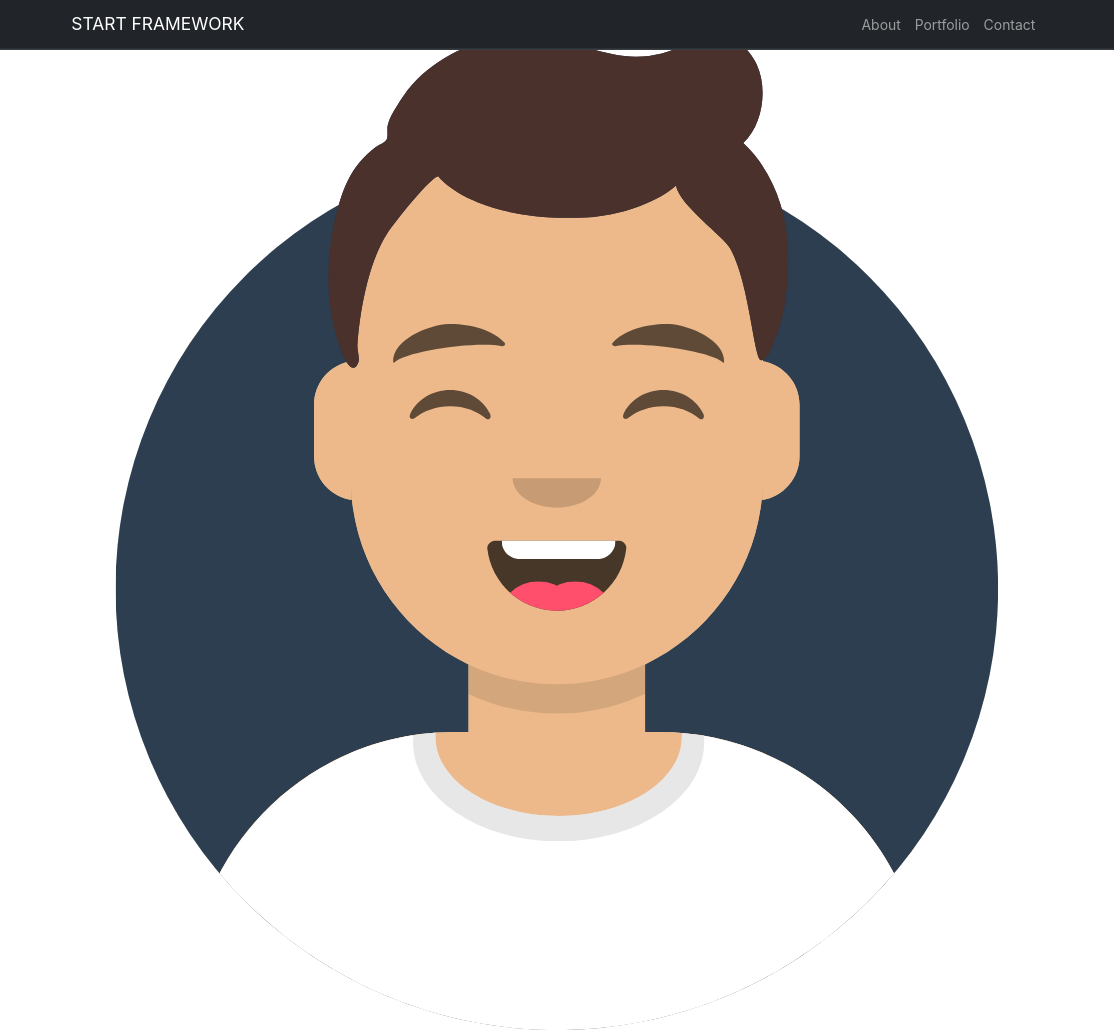
Repository: YomnaWegdan/startFramework
Page: /
The author's editor kept a copy of each file at every save. The page is drawn from the files as they stood at one save, then again after the next save.
The browser window is 1280 px wide. The pictures show the whole page, at 87% of full size.
The project was rebuilt for these pictures with package versions that can differ from the ones it lists, and the page was loaded fresh each time. Also part of the build but not shown: src/Components/About.jsx, src/Components/Contact.jsx, src/Components/Error.jsx.

Above is the page before, as saved 2024-02-04 21:48:03.

### src/index.js
import React from 'react';
import ReactDOM from 'react-dom/client';
import 'bootstrap/dist/css/bootstrap.min.css'
import 'bootstrap/dist/js/bootstrap.bundle.min.js'

import './index.css';
import App from './App';
import reportWebVitals from './reportWebVitals';

const root = ReactDOM.createRoot(document.getElementById('root'));
root.render(
  <React.StrictMode>
    <App />
  </React.StrictMode>
);

// If you want to start measuring performance in your app, pass a function
// to log results (for example: reportWebVitals(console.log))
// or send to an analytics endpoint. Learn more: https://bit.ly/CRA-vitals
reportWebVitals();

### src/App.js
import { RouterProvider, createBrowserRouter } from 'react-router-dom';
import './App.css';
import Layout from './Components/Layout';
import Home from './Components/Home';
import About from './Components/About';
import Contact from './Components/Contact';
import Error from './Components/Error';

function App() {

  let routes = createBrowserRouter([{
    path:'', element:<Layout/> , children:[
      {index:true , element:<Home/>},
      {path:'/about' , element:<About/>},
      {path:'/contact' , element:<Contact/>},
      {path:'*' , element:<Error/>},




    ]
  }])
  return (
    <div className="App">
    <RouterProvider router={routes}></RouterProvider>
    </div>
  );
}

export default App;

### src/Components/Layout.jsx
import React from 'react'
import Navbar from './Navbar'
import { Outlet } from 'react-router-dom'
import Footer from './Footer'

export default function Layout() {
  return (
    <div>
      <Navbar/>
      <Outlet></Outlet>
      <Footer/>
    </div>
  )
}

### src/Components/Home.jsx
import React, { Fragment } from 'react'
import img from '../images/avataaars.svg'
export default function Home() {
  return (
    <Fragment>
      <section className='home vh-100'>
        <div className='container h-100'>
            <div className='row align-items-center justify-content-center'>
                <div className='col-md-12'>
                <img src={img} className='w-100' alt='img'/>

                </div>
            </div>
        </div>

      </section>
    </Fragment>
  )
}

### src/Components/Navbar.jsx
import React from "react";
import { NavLink } from "react-router-dom";

export default function Navbar() {
  return (
    <>
      <nav
        className="navbar navbar-expand-lg bg-dark border-bottom border-body fixed-top"
        data-bs-theme="dark"
      >
        <div className="container">
          <NavLink className="navbar-brand" to="/">
            START FRAMEWORK
          </NavLink>
          <button
            className="navbar-toggler"
            type="button"
            data-bs-toggle="collapse"
            data-bs-target="#navbarSupportedContent"
            aria-controls="navbarSupportedContent"
            aria-expanded="false"
            aria-label="Toggle navigation"
          >
            <span className="navbar-toggler-icon"></span>
          </button>
          <div className="collapse navbar-collapse" id="navbarSupportedContent">
            <ul className="navbar-nav ms-auto mb-2 mb-lg-0">
              <li className="nav-item">
                <NavLink className="nav-link" to="/about">
                  About
                </NavLink>
              </li>
              <li className="nav-item">
                <NavLink className="nav-link" to="/portfolio">
                  Portfolio
                </NavLink>
              </li>
              <li className="nav-item">
                <NavLink className="nav-link" to="/Contact">
                  Contact
                </NavLink>
              </li>
            </ul>
          </div>
        </div>
      </nav>
    </>
  );
}

Loaded but not shown: public/index.html (common file); src/index.css (common file); src/reportWebVitals.js (common file); src/App.css (common file); src/Components/Footer.jsx (common file)

After the next save:
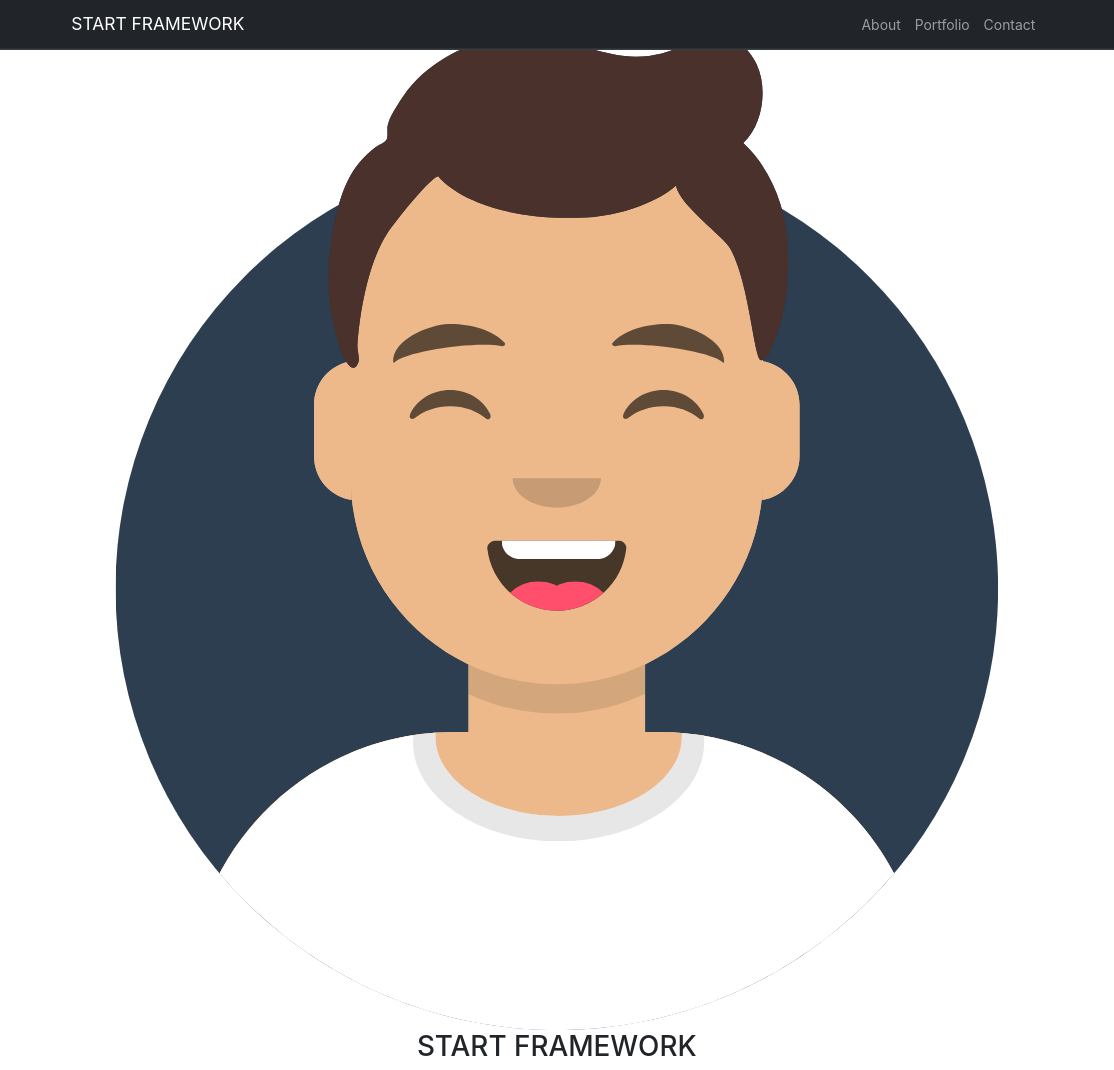
Saved 2 min 35 s later.
--- a/src/Components/Home.jsx
+++ b/src/Components/Home.jsx
@@ -8,6 +8,8 @@ export default function Home() {
             <div className='row align-items-center justify-content-center'>
                 <div className='col-md-12'>
                 <img src={img} className='w-100' alt='img'/>
+                <h2>START FRAMEWORK
+                </h2>
 
                 </div>
             </div>
